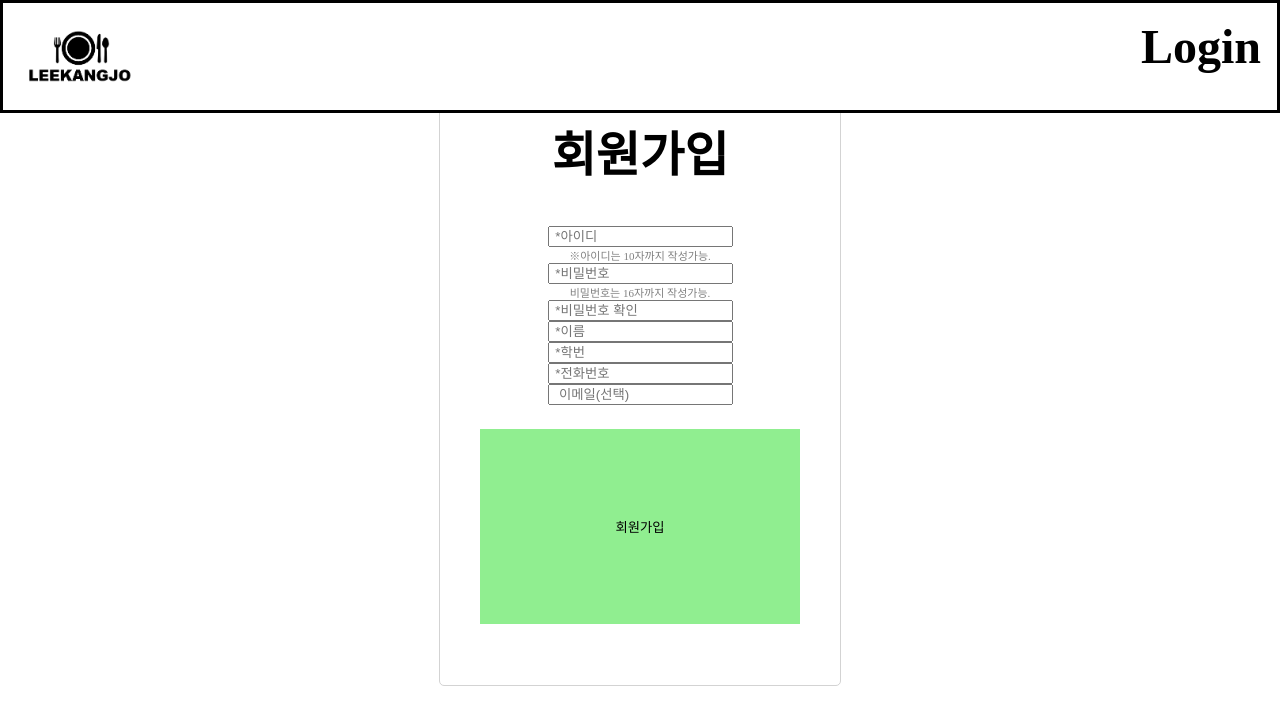
Repository: acredev/Restaurant_Management_System
Page: http://localhost/leekangjo/signup.jsp
An editor plug-in stored every save of this project. The page is shown before and after the next save, followed by the edit.
The browser window is 1280 px wide. The pictures show the whole page.
Some web fonts or font styles are not loaded; a fallback is used. The page is served by Tomcat 9. Other server files are loaded and not shown.

Above is the page before, as saved 2023-04-12 02:34:00.

### leekangjo/WebContent/signup.jsp
<%@ page language="java" contentType="text/html; charset=UTF-8"
    pageEncoding="UTF-8"%>
<!doctype html>
<html>
    <head>
        <meta charset="utf-8">
        <meta name="viewport" content="width-device-width,initial-scale-1.0,user-scalable=no">
        <title>Yummy Yummy</title>
        <link href="css/Header.css" rel="stylesheet" type="text/css">
        <link href="css/signup_style.css" rel="stylesheet" type="text/css">
    </head>
    <body>
    	<form name="signup" action="signup_send.jsp" method="post">
 	       <header>
 	           <img src="img/Logo4.png" class="Logoimg" onclick ="location.href='index.html'">
	           <h1 onclick ="location.href='Login.html'">Login</h1>
   		   </header>
   		   <div id="Loginmain">
   		   <div class="box">
			<h1 class="logo">회원가입</h1>
                <input type="text" placeholder=" *아이디" id="id" class="account" name="id">
                <p>※아이디는 10자까지 작성가능.</p>
                <input type="password" placeholder=" *비밀번호" id="pwd" class="account" name="pwd">
                <p> 비밀번호는 16자까지 작성가능.</p>
                <input type="password" placeholder=" *비밀번호 확인" id="pwdcheck" class="account" name="pwdcheck">
                <input type="text" placeholder=" *이름" id="name" class="account" name="name">
                <input type="text" placeholder=" *학번" id="stdid" class="account" name="stdnum">
                <input type="text" placeholder=" *전화번호" id="tel" class="account" name="tel">
                <input type="text" placeholder="  이메일(선택)" id="email" class="account" name="email">
                <script type="text/javascript">
                	function check_pwd()
                	{
                		var pwd = document.getElementById('')
                	}
                </script>
            <button type="submit" id="login" class="account">회원가입</button>
            <p id="alert" class="account"> </p>
           </div>
           </div>
  	      <script src="login.js"></script>
        </form>
    </body>
</html>

### leekangjo/WebContent/css/Header.css
/* 프로젝트 웹페이지의 header 스타일 파일입니다. */

@import url('https://fonts.googleapis.com/css?family=Amatic+SC|Indie+Flower');

*{
    margin: 0;
}

header {
    background-color: #fff;
    height: 75px;
    padding: 1rem;
    border: 3px solid #000;
    align-items: center;
    position: fixed;
    top:0;
    left: 0;
    right: 0;
    float: left;
    z-index: 1;
}

.Logoimg{
    height: 75px;
}

.Logoimg:hover{
    cursor: pointer;
}

h1{
    font-family: 'Indie Flower', cursive;
    font-size: 3em;
    float: right;
}

.logout{
    margin-left: 15px;
}

h1:hover{
    cursor: pointer;
}

#tagbar{
    width: 100%;
    text-align: center;
    padding-top: 120px;
}

.myimg{
    float: right;
    margin-top: 18px;
    height: 35px;
    margin-right: 15px;
}

.myimg:hover{
    cursor: pointer;
}

.logout{
    float: right;
    margin-top: 14px;
    height: 43px;
    margin-right: 15px;
}

.logout:hover{
    cursor: pointer;
}

.find{
    float: right;
    height: 43px;
    margin-top: 14px;
    margin-right: 30px;
}
.

### leekangjo/WebContent/css/signup_style.css
html,body, form{
    height: 100%;
}
#Loginmain{
    height: 100%;
    display: flex;
    justify-content:center;
    align-items : center;
}
.box{
    width: 400px;
    height: 650px;
    display: flex;
    justify-content: center;
    align-items: center;
    flex-direction: column;
    border: 1px solid lightgrey;
    border-radius: 5px;
}
.logo{
    margin-top: 5%;
    margin-bottom: 10%;
}
#login {
    margin-top: 6%;
    width: 80%;
    height: 30%;
    background-color: lightgreen;
    border-color: transparent;
    font-family:

}
p{
    font-size: 11px;
    color: gray;
}
h3{
    font-size: 15px;
}
fieldset{
    text-align: center;
    border: none;
}
.telchk {
    width: 92%;
    padding: 12px;
    font-size: 14px;
    color: #111111;
    border: 0;
    border: 1px #cccccc solid;
    margin-top: 5%;
    margin-bottom: 5%;
}
.emailchk {
    width: 92%;
    padding: 12px;
    font-size: 14px;
    color: #111111;
    border: 0;
    border: 1px #cccccc solid;
    margin-top: 5%;
    margin-bottom: 5%;
}

### leekangjo/WebContent/login.js
const id = document.getElementById('id')
const password = document.getElementById('pwd')
const login = document.getElementById('login')
let errStack = 0;

login.addEventListener('click', () => {
    if (id.value == 'acid') {
        if (password.value == '0000') {
            alert('로그인 되었습니다!')
        }
        else {
            alert('아이디와 비밀번호를 다시 한 번 확인해주세요!')
            errStack ++;
        }
    }
    else {
        alert('아이디 또는 비밀번호를 잘못 입력했습니다.')
    }

    if (errStack >= 5) {
        alert('비밀번호를 5회 이상 틀리셨습니다. 비밀번호 찾기를 권장드립니다.')
    }
})

After the next save:
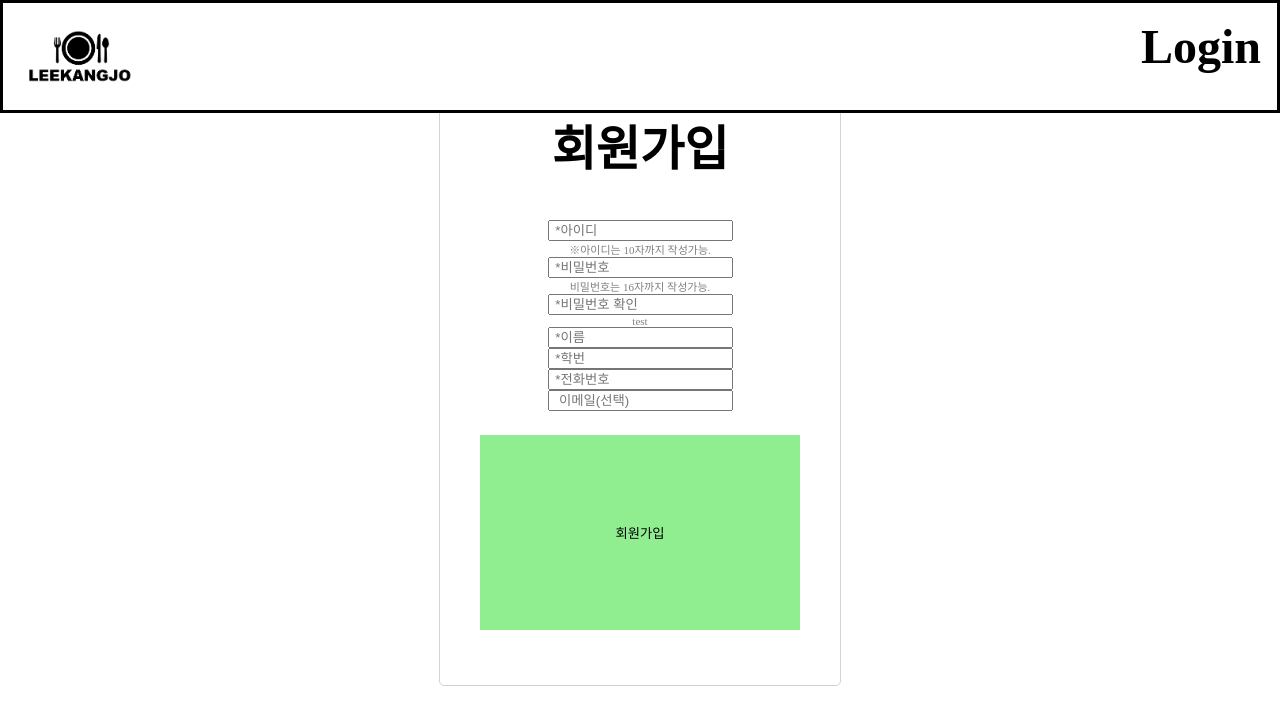
Saved 117 s later.
--- a/leekangjo/WebContent/signup.jsp
+++ b/leekangjo/WebContent/signup.jsp
@@ -23,6 +23,7 @@
                 <input type="password" placeholder=" *비밀번호" id="pwd" class="account" name="pwd">
                 <p> 비밀번호는 16자까지 작성가능.</p>
                 <input type="password" placeholder=" *비밀번호 확인" id="pwdcheck" class="account" name="pwdcheck">
+                <p id="pwdresult">test</p>
                 <input type="text" placeholder=" *이름" id="name" class="account" name="name">
                 <input type="text" placeholder=" *학번" id="stdid" class="account" name="stdnum">
                 <input type="text" placeholder=" *전화번호" id="tel" class="account" name="tel">
@@ -30,7 +31,12 @@
                 <script type="text/javascript">
                 	function check_pwd()
                 	{
-                		var pwd = document.getElementById('')
+                		var pwd = document.getElementById('pwdcheck').value;
+
+                		if(document,getElementById('pwd').value == document.getElementById('pwdcheck').value)
+                		{
+
+                		}
                 	}
                 </script>
             <button type="submit" id="login" class="account">회원가입</button>
